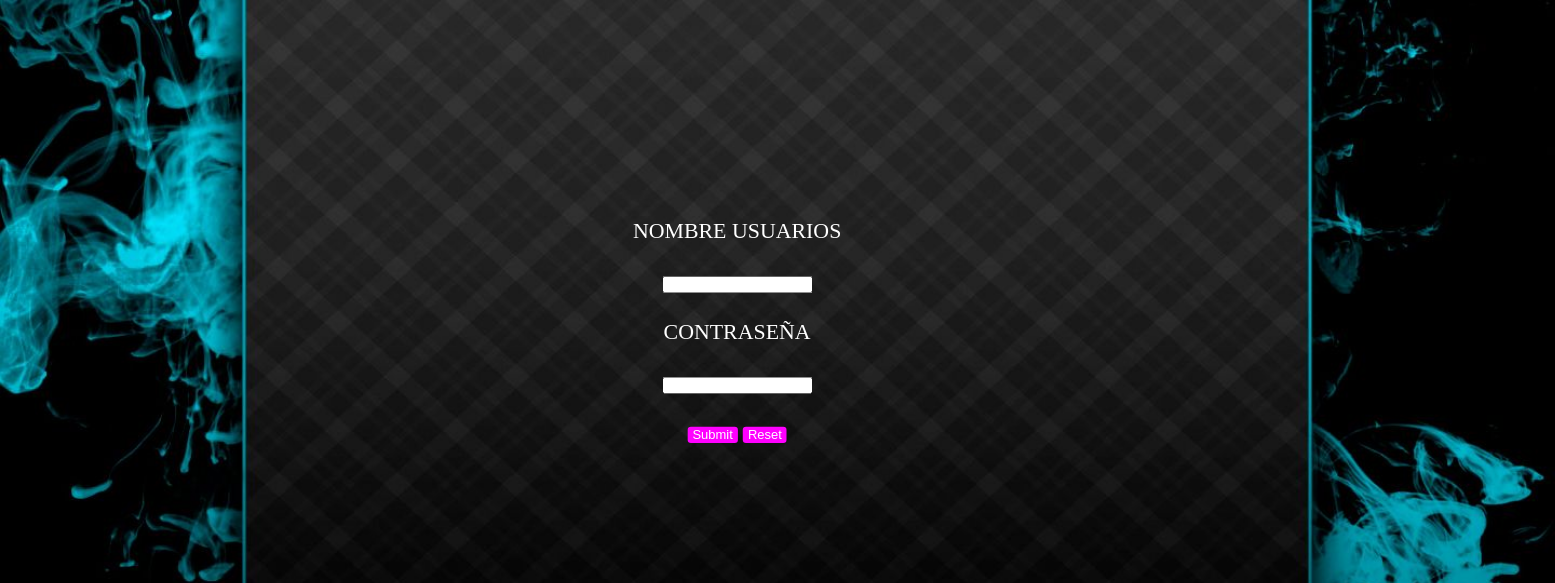
Repository: Gr0ot2/testing
Page: http://localhost/proyecto/acceso_pupilaje.jsp
An editor plug-in stored every save of this project. The page is shown before and after the next save, followed by the edit.
The browser window is 1920 px wide. The pictures show the whole page, at 81% of full size.
The page is served by Tomcat 9. Other server files are loaded and not shown.

Above is the page before, as saved 2023-05-24 08:01:52.

### proyecto_final/proyecto_final/proyecto/WebContent/acceso_pupilaje.jsp
<%@ page language="java" contentType="text/html; charset=ISO-8859-1"
    pageEncoding="ISO-8859-1"%>
<!DOCTYPE html>
<html>
<head>
<meta charset="ISO-8859-1">
<link href="acceso_pupilaje.css" type="text/css" rel="stylesheet">
<title>Insert title here</title>
</head>
<body>
<form action="acceso_pupilaje" method="post">
<div id="cuestionario">
<label id="label">NOMBRE USUARIOS</label>
<br><br>
<input name="user" type="text"/>
<br><br>
<label id="label">CONTRASEÑA</label>
<br><br>
<input name="password" type="text"/>
<br></br>
 <input name="enviar" type="submit" class="button"/>
 <input name="reset" type="reset" class="button"/>
 </div>
</form>


</body>
</html>

### proyecto_final/proyecto_final/proyecto/WebContent/acceso_pupilaje.css
@charset "ISO-8859-1";
@charset "ISO-8859-1";
@media screen and (max-width: 780px) {
body {
 background-image:url("img/fondo-de-caballos-jugando (1).jpg");

   background-size: cover;
  background-repeat: no-repeat;
  background-position: center top;
    text-decoration: none;
    padding: 20px;
    font-size: 20px;
    text-align: center;
}

#cuestionario{
bottom: 125px;
}

}
@media screen and (min-width:1900px) {
body{
  background-image: url("img/fondo_login.jpg");
  background-position: center top;
  background-repeat: no-repeat;
  background-attachment: fixed;
  background-size: cover;
  margin: 0; /* Asegura que no haya margen en el cuerpo de la página */
  padding: 0; /* Asegura que no haya relleno en el cuerpo de la página */
  text-decoration: none;
    padding: 20px;
    font-size: 20px;
    text-align: center;
    left: 50px;

}

#cuestionario{
position: relative;
top: 250px;
right: 50px;
font-size: 27px;
color: white;
}
.button{
 background-color: fuchsia;
   color: #fff;
  border: none;
  border-radius: 4px;
  font-size: 16px;
  cursor: pointer;
}

  }
@media screen and (max-width:1300px) {
body{
  background-image: url("img/fondo_login.jpg");
  background-position: center center;
  background-repeat: no-repeat;
  background-attachment: fixed;
  background-size: cover;
  margin: 0; /* Asegura que no haya margen en el cuerpo de la página */
  padding: 0; /* Asegura que no haya relleno en el cuerpo de la página */
  text-decoration: none;
    padding: 20px;
    font-size: 20px;
    text-align: center;
    left: 50px;

}

#cuestionario{
position: relative;
top: 450px;
right: 15px;
font-size: 25px;
}

  }

After the next save:
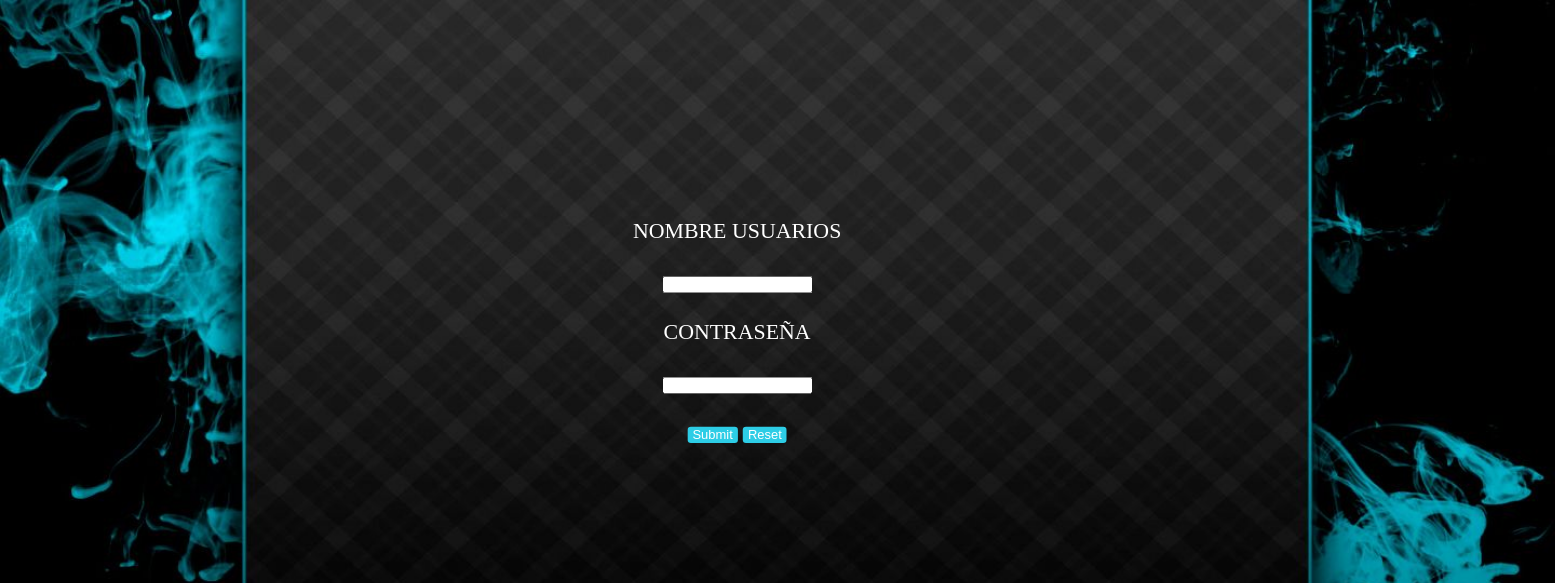
Saved 40 s later.
--- a/proyecto_final/proyecto_final/proyecto/WebContent/acceso_pupilaje.css
+++ b/proyecto_final/proyecto_final/proyecto/WebContent/acceso_pupilaje.css
@@ -43,8 +43,8 @@ font-size: 27px;
 color: white;
 }
 .button{
- background-color: fuchsia;
-   color: #fff;
+ background-color: #2DCDE6 ;
+  color: #fff;
   border: none;
   border-radius: 4px;
   font-size: 16px;
